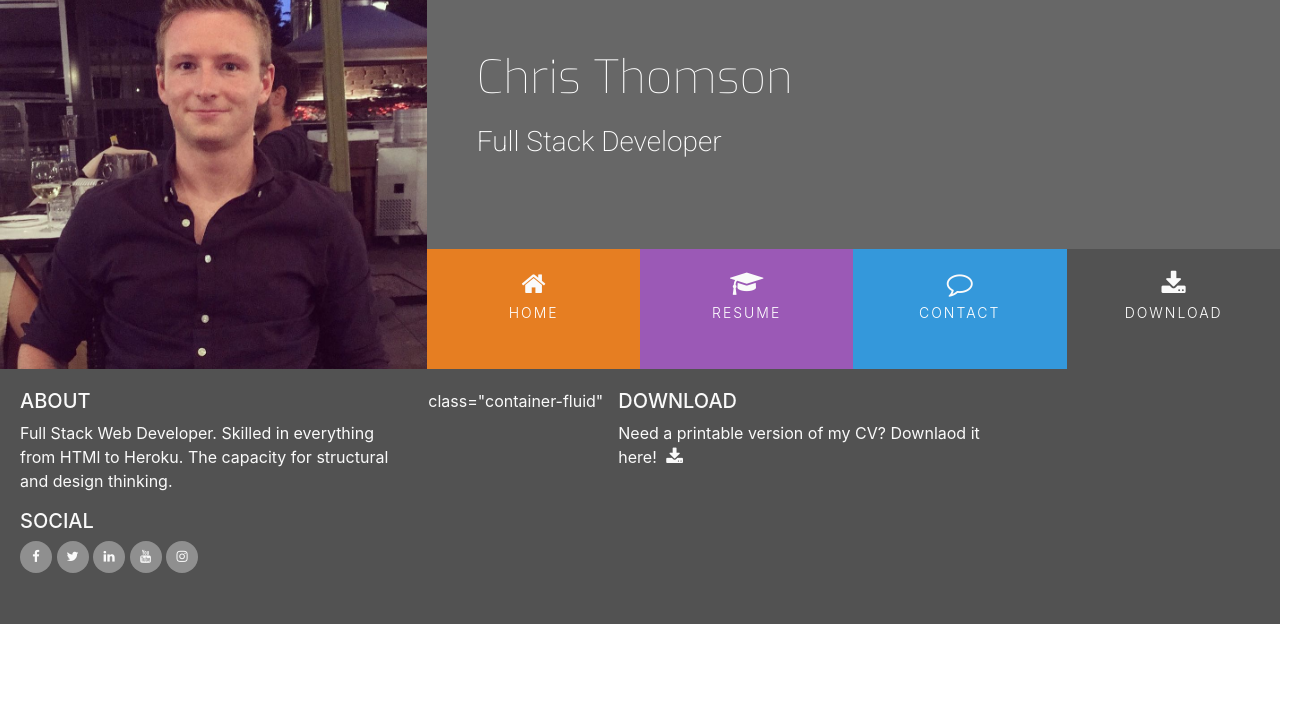
Repository: cthoms1993/Resume
Page: index.html
The author's editor kept a record of every edit. The page is drawn from the files as they stood at one moment, then again after the next edit.
The browser window is 1280 px wide. The page is 1295 px wide, so the pictures cover 1295 px, including what lies to the right of the window. The pictures show the whole page.

Above is the page before.

After the next edit:
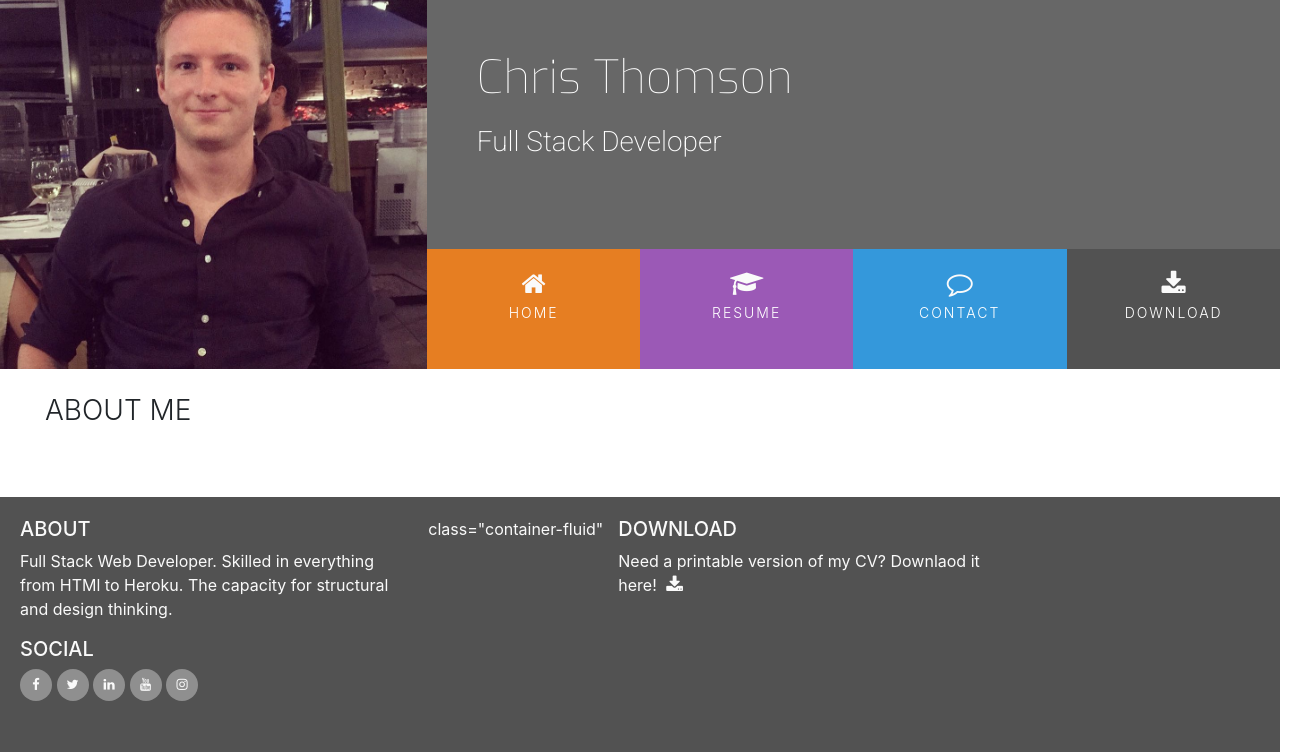
The edit:
--- a/index.html
+++ b/index.html
@@ -49,9 +49,16 @@
 
     </header>
     <section class="container-fluid">
-<div class="row row-table">
+        <div class="row row-table">
+            <div class="col-md-8 bg-color-three-reasons section-column">
+                <div class="row"></div>
+                <div class="col">
+                <h3 class="section-heading uppercase">About Me</h3>
+                </div>
+            </div>
+        </div>
 
-</div>
+
     </section>
     <footer>
         <div id="footer-details" class="row">
@@ -59,7 +66,8 @@
                 <h5 class="uppercase general-sub">About</h5>
                 <p class="inline-block">Full Stack Web Developer. Skilled in everything from HTMl to Heroku. The capacity for structural and design thinking.</p>
             </div>
-          class="container-fluid"   <div class="col-sm-4">
+            class="container-fluid"
+            <div class="col-sm-4">
                 <h5 class="uppercase general-sub">Download</h5>
                 <p class="inline-block">Need a printable version of my CV? Downlaod it here!
                     <a href="#" target="_blank" class="cv-pdf">
